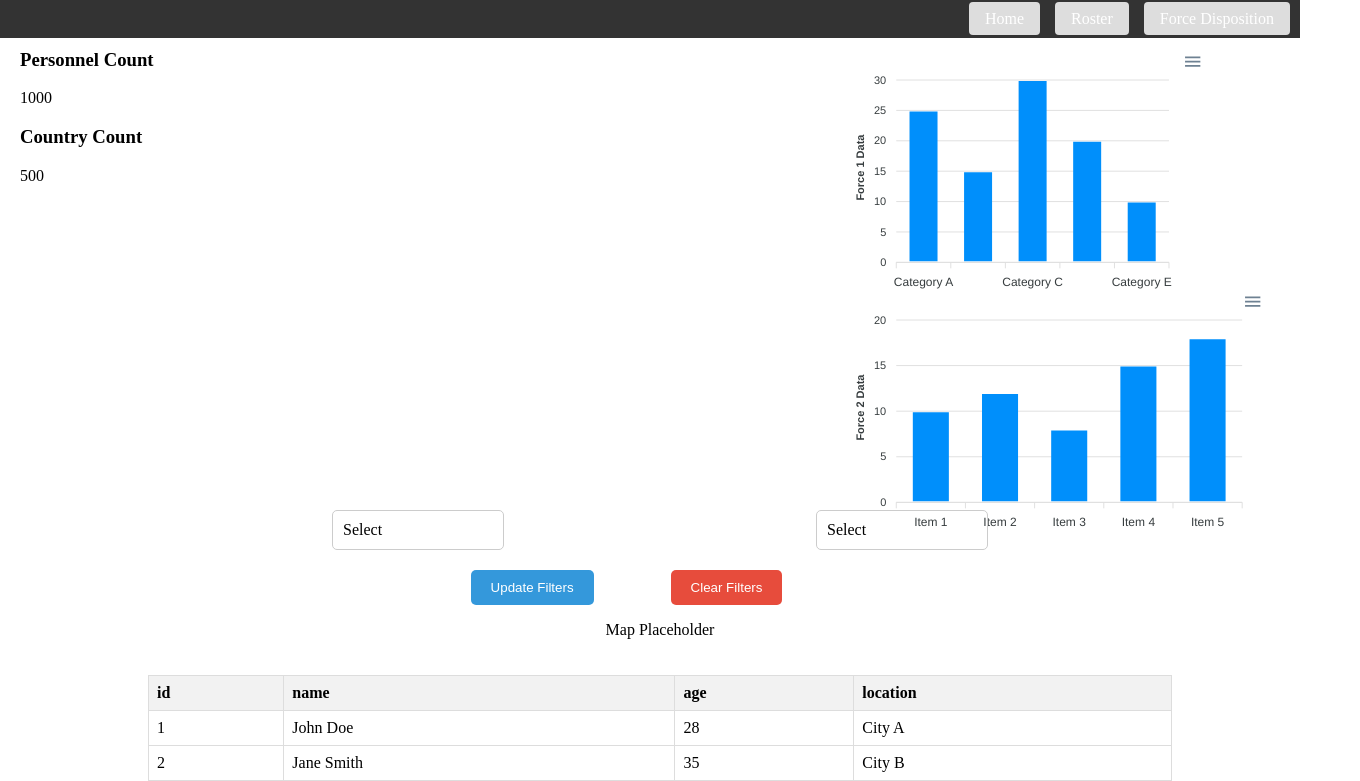
Repository: mjquesada/j2x_react
Page: /force
These files come from the project's save history. The page is drawn as it stood at one moment and after the next save; the edit follows.
The browser window is 1280 px wide. The page is 1350 px wide, then 1360 px, so the pictures cover 1360 px, including what lies to the right of the window. The pictures show the whole page.
The project was rebuilt for these pictures with package versions that can differ from the ones it lists, and the page was loaded fresh each time. Also part of the build but not shown: src/components/Box.js, src/components/Tile.js, src/components/Home.jsx, src/components/Roster.jsx.

Above is the page before, as saved 2024-03-12 13:16:39.

### src/index.css
html,
body {
  margin: 0;
  padding: 0;
  box-sizing: border-box;
}

.home-title,
.roster-title,
.force-title {
  text-align: center;
  margin: 5px;
}

.refresh-date {
  text-align: end;
}

/* Home Page */
.home-container {
  padding: 0px 20px;
}
/* Box information */
.box-container {
  display: flex;
  justify-content: center;
}

.box {
  border: 1px solid #ccc;
  padding: 15px;
  margin: 10px 50px;
  width: 300px;
  height: 200px;
  background-color: cyan;
}

.box h1 {
  margin-bottom: 10px;
}

.box div p {
  margin: 0; /* Remove default margin for <p> elements */
}

/* Tile Information */
.tile-container {
  display: flex;
  flex-wrap: wrap;
  width: 100%;
  justify-content: space-between;
}

.large-tile {
  border: 2px solid #ccc;
  padding: 5px;
  margin: 2px;
  width: calc(20% - 20px); /* Adjusted for five tiles */
  text-align: center;
  word-wrap: break-word;
  background-color: lightblue;
}

.small-tile {
  border: 1px solid #ccc;
  padding: 5px;
  margin: 2px;
  width: calc(14.28% - 20px); /* Adjusted for seven tiles */
  text-align: center;
  word-wrap: break-word;
  background-color: lightgreen;
}

.tile h3 {
  margin-bottom: 10px;
}

.tile-image {
  max-width: 50px;
  height: 60px;
  margin-bottom: 8px;
}

/* NavBar Information */
.navbar {
  display: flex;
  justify-content: flex-end;
  background-color: #333; /* Example background color */
  padding: 10px;
  position: fixed; /* Make the navbar fixed */
  top: 0; /* Position it at the top of the viewport */
  width: 100%; /* Ensure it spans the full width of the viewport */
  z-index: 1000; /* Ensure it stays on top of other content */
}

.navbar-links {
  display: flex;
  justify-content: flex-end;
  list-style: none;
  padding: 0;
  margin: 0;
  top: 0;
  width: 100%;
  position: sticky;
}

.navbar-links li {
  margin-left: 15px; /* Adds space between the links */
}

.navbar-links a {
  color: white;
  text-decoration: none;
  padding: 8px 16px;
  border-radius: 4px;
  background-color: #ddd; /* Example background color for links */
}

.navbar-links a:hover {
  background-color: #bbb; /* Example hover effect */
}

/* Bar Chart Information */
.roster-row {
  display: flex;
  justify-content: space-between; /* Adjust as needed */
  align-items: center;
  width: 100%; /* Ensure it takes the full width */
  padding: 0 1em; /* Add padding on the left and right */
}

.metric-display,
.bar-chart {
  flex: 1; /* Ensure they take up equal space */
  margin: 0 10px; /* Add space to the left and right of each component */
  height: 200px;
}

.metric-display {
  text-align: center;
  /* Additional styling */
}

.bar-chart {
  width: 100%; /* Ensure the chart takes up the full width */
  padding: 20px;
  /* Additional styling */
}

.metric-font-size {
  font-size: 28px;
}

/* Roster Filters */
.roster-container {
  display: flex;
  flex-direction: column;
  align-items: center;
  width: 100%;
}

.filter-row1 {
  display: grid;
  grid-template-columns: repeat(6, 1fr);
  grid-gap: 10px;
  margin: 0 1em; /* Add margin to both sides */
  margin-bottom: 20px;
  padding-top: 30px;
  width: 80%;
}

.filter-row2 {
  display: grid;
  grid-template-columns: repeat(6, 1fr);
  grid-gap: 10px;
  margin: 0 1em; /* Add margin to both sides */
  margin-bottom: 20px;
  padding-top: 5px;
  width: 80%;
}

.multi-select-filter {
  /* Style each filter as needed */
}

/* Dropdown styles */
.dropdown-container {
  position: relative;
  display: inline-block;
}

.dropdown-select {
  padding: 10px;
  border: 1px solid #ccc;
  border-radius: 5px;
  cursor: pointer;
  min-width: 150px;
}

.dropdown-options {
  position: absolute;
  top: 100%;
  left: 0;
  z-index: 1;
  background-color: #fff;
  border: 1px solid #ccc;
  border-top: none;
  border-radius: 0 0 5px 5px;
  box-shadow: 0px 2px 5px rgba(0, 0, 0, 0.1);
  max-height: 150px;
  overflow-y: auto;
}

.dropdown-option {
  padding: 8px;
  cursor: pointer;
  transition: background-color 0.3s;
}

.dropdown-option:hover {
  background-color: #f0f0f0;
}

/* Button Styles */
.custom-button {
  padding: 10px 20px;
  margin-right: 67px; /* Adjust margin to spread buttons apart */
  border: none;
  color: white;
  cursor: pointer;
  border-radius: 5px;
  transition: background-color 0.3s, box-shadow 0.3s;
}

.custom-button:hover {
  box-shadow: 0 0 10px rgba(0, 0, 0, 0.3); /* Add a subtle shadow on hover */
}

.custom-button.blue {
  background-color: #3498db; /* Blue color for 'Update Filters' */
}

.custom-button.red {
  background-color: #e74c3c; /* Red color for 'Clear Filters' */
}

.button-row {
  display: flex;
  justify-content: center; /* Center the buttons horizontally */
  gap: 10px; /* Adds space between the buttons */
  padding: 20px 0 0 0; /* Adds padding above and below the buttons */
}

/* Table Data */
.data-table {
  width: 100%;
  border-collapse: collapse;
  margin-top: 20px;
}

.data-table th,
.data-table td {
  border: 1px solid #ddd;
  padding: 8px;
  text-align: left;
}

.data-table th {
  background-color: #f2f2f2;
}

.data-table tr:hover {
  background-color: #f5f5f5;
}

.roster-table,
.force-container .roster-table {
  width: 80%;
  margin: 0 auto; /* Centers the table horizontally */
}

/* Force Page */
.force-container {
  width: 100%;
  padding-top: 30px; /* Adjust as needed */
  padding-left: 20px;
  padding-right: 20px;
}

.force-row {
  display: flex;
  justify-content: space-between;
}

.metrics-column,
.charts-row,
.dropdowns-row {
  display: flex;
  flex-direction: column;
}

.metrics-column {
  flex: 1; /* Takes up 1/4 of the row */
}

.charts-row,
.dropdowns-row {
  flex: 3; /* Takes up 3/4 of the row */
  flex-direction: row; /* Aligns items horizontally */
  justify-content: space-evenly; /* Spaces out the items */
}

/* Map Information */
.map-container {
  display: flex;
  justify-content: center;
  width: 100%;
  padding: 0;
}

### src/App.js
import React from 'react';
import { BrowserRouter as Router, Route, Routes } from 'react-router-dom';
import NavBar from './components/NavBar';
import Home from './components/Home';
import Roster from './components/Roster';
import Force from './components/Force';

const App = () => {
  return (
    <Router>
      <NavBar />
      <Routes>
        <Route path="/" element={<Home />} />
        <Route path="/roster" element={<Roster />} />
        <Route path="/force" element={<Force />} />
      </Routes>
    </Router>
  );
}

export default App;

### src/components/NavBar.js
import React from "react";
import { Link } from "react-router-dom";

const NavBar = () => {
  return (
    <nav className="navbar">
      <ul className="navbar-links">
        <li>
          <Link to="/">Home</Link>
        </li>
        <li>
          <Link to="/roster">Roster</Link>
        </li>
        <li>
          <Link to="/force">Force Disposition</Link>
        </li>
      </ul>
    </nav>
  );
};

export default NavBar;

### src/components/Force.jsx
import React from "react";
import MetricDisplay from "./MetricDisplay"; // Adjust the import path as necessary
import BarChart from "./BarChart"; // Adjust the import path as necessary
import Dropdown from "./Dropdown";
import Button from "./Button";
import Map from "./Map";
import Table from "./Table";

import {
  mapFilterOptions,
  placeholderTableData,
  forceBarChartData1,
  forceBarChartData2,
} from "../data";

const Force = () => {
  const metric1 = { title: "Personnel Count", value: "1000" };
  const metric2 = { title: "Country Count", value: "500" };

  const options = {
    scales: {
      x: {
        type: "category",
      },
      y: {
        type: "linear",
        beginAtZero: true,
      },
    },
  };

  const handleFilterChange = (selectedOptions) => {
    console.log(selectedOptions);
  };

  const columns = React.useMemo(
    () => [
      { Header: "Name", accessor: "name" },
      { Header: "Age", accessor: "age" },
      { Header: "Location", accessor: "location" },
      { Header: "Email", accessor: "email" },
      // ... more columns
    ],
    []
  );

  const handleUpdateFilters = () => {
    // Logic to update filters
    console.log("Update Filters clicked");
  };

  const handleClearFilters = () => {
    // Logic to clear filters
    console.log("Clear Filters clicked");
  };

  return (
    <div className="force-container">
      <div className="force-row">
        {/* Metrics */}
        <div className="metric-display-container">
          <MetricDisplay title={metric1.title} value={metric1.value} />
          <MetricDisplay title={metric2.title} value={metric2.value} />
        </div>

        {/* Bar Charts */}
        <div className="bar-chart-container">
          <BarChart
            series={forceBarChartData1.datasets}
            options={forceBarChartData1.options}
          />
          <BarChart
            series={forceBarChartData2.datasets}
            options={forceBarChartData2.options}
          />
        </div>
      </div>

      {/* Row 2 with Dropdowns */}
      <div className="force-row">
        <div className="dropdowns-row">
          {mapFilterOptions.slice(0, 5).map((option) => (
            <Dropdown
              key={option.id}
              options={[option]}
              label={option.label}
              onChange={handleFilterChange}
            />
          ))}
        </div>
      </div>

      {/* Buttons */}
      <div className="button-row">
        <Button
          label="Update Filters"
          onClick={handleUpdateFilters}
          color="blue"
        />
        <Button
          label="Clear Filters"
          onClick={handleClearFilters}
          color="red"
        />
      </div>

      {/* New Row for the Map */}
      <div className="map-container">
        <Map />
      </div>

      {/* Table */}
      <div className="roster-table">
        <Table columns={columns} data={placeholderTableData} />
      </div>
    </div>
  );
};

export default Force;

### src/data.js
import usasoc from "./images/USASOC.png";
import nsw from "./images/NSW.png";
import socom from "./images/SOCOM.png";
import marsoc from "./images/MARSOC.png";
import afsoc from "./images/AFSOC.png";
import soccent from "./images/SOCCENT.png";
import socsouth from "./images/SOCSOUTH.png";
import socnorth from "./images/SOCNORTH.png";
import socpac from "./images/SOCPAC.png";
import sockor from "./images/SOCKOR.png";
import soceur from "./images/SOCEUR.png";
import socaf from "./images/SOCAF.png";

export const boxData = [
  {
    id: 1,
    title: "Personnel Count",
    content: 1500,
  },
  {
    id: 2,
    title: "AoR Breakdown",
    content: [
      { label: "AFRICOM", value: 700 },
      { label: "EUCOM", value: 800 },
      { label: "SOCCOM", value: 900 },
    ],
  },
];

export const tileData = [
  {
    id: 1,
    title: "USASOC",
    imagePath: usasoc,
    description: "Description for Tile 1",
  },
  {
    id: 2,
    title: "NSW",
    imagePath: nsw,
    description: "Description for Tile 2",
  },
  {
    id: 3,
    title: "SOCOM",
    imagePath: socom,
    description: "Description for Tile 3",
  },
  {
    id: 4,
    title: "MARSOC",
    imagePath: marsoc,
    description: "Description for Tile 4",
  },
  {
    id: 5,
    title: "AFSOC",
    imagePath: afsoc,
    description: "Description for Tile 5",
  },
  {
    id: 6,
    title: "SOCCENT",
    imagePath: soccent,
    description: "Description for Tile 6",
  },
  {
    id: 7,
    title: "SOCSOUTH",
    imagePath: socsouth,
    description: "Description for Tile 7",
  },
  {
    id: 8,
    title: "SOCNORTH",
    imagePath: socnorth,
    description: "Description for Tile 8",
  },
  {
    id: 9,
    title: "SOCPAC",
    imagePath: socpac,
    description: "Description for Tile 9",
  },
  {
    id: 10,
    title: "SOCKOR",
    imagePath: sockor,
    description: "Description for Tile 10",
  },
  {
    id: 11,
    title: "SOCEUR",
    imagePath: soceur,
    description: "Description for Tile 11",
  },
  {
    id: 12,
    title: "SOCAF",
    imagePath: socaf,
    description: "Description for Tile 12",
  },
];

export const rosterFilterOptions = [
  { label: "Org", value: "value", id: 1 },
  { label: "Location", value: "value", id: 2 },
  { label: "Branch", value: "value", id: 3 },
  { label: "Group", value: "value", id: 4 },
  { label: "Type", value: "value", id: 5 },
  { label: "SOF", value: "value", id: 6 },
  { label: "AoR", value: "value", id: 7 },
  { label: "Deploy", value: "value", id: 8 },
  { label: "Service", value: "value", id: 9 },
  { label: "Country", value: "value", id: 10 },
  { label: "Waiver", value: "value", id: 11 },
  { label: "FTN", value: "value", id: 12 },
];

export const mapFilterOptions = [
  { label: "Option 1", value: "option1", id: 1 },
  { label: "Option 2", value: "option2", id: 2 },
  // Add more options as needed
];

// data.js
export const placeholderTableData = [
  { id: 1, name: "John Doe", age: 28, location: "City A" },
  { id: 2, name: "Jane Smith", age: 35, location: "City B" },
  // Add more data as needed
];

export const rosterBarChartData = {
  labels: ["January", "February", "March", "April", "May", "June"],
  datasets: [
    {
      label: "Sales",
      data: [12, 19, 3, 5, 2, 3],
      // Other dataset properties
    },
  ],
  options: {
    chart: {
      type: "bar",
    },
    plotOptions: {
      bar: {
        horizontal: false,
        columnWidth: "55%",
        endingShape: "rounded",
      },
    },
    dataLabels: {
      enabled: false,
    },
    stroke: {
      show: true,
      width: 2,
      colors: ["transparent"],
    },
    xaxis: {
      categories: ["January", "February", "March", "April", "May", "June"],
    },
    yaxis: {
      title: {
        text: "Sales",
      },
    },
    fill: {
      opacity: 1,
    },
  },
};

export const forceBarChartData1 = {
  labels: [
    "Category A",
    "Category B",
    "Category C",
    "Category D",
    "Category E",
  ],
  datasets: [
    {
      label: "Force 1 Data",
      data: [25, 15, 30, 20, 10],
      // Other dataset properties
    },
  ],
  options: {
    chart: {
      type: "bar",
    },
    plotOptions: {
      bar: {
        horizontal: false,
        columnWidth: "55%",
        endingShape: "rounded",
      },
    },
    dataLabels: {
      enabled: false,
    },
    stroke: {
      show: true,
      width: 2,
      colors: ["transparent"],
    },
    xaxis: {
      categories: [
        "Category A",
        "Category B",
        "Category C",
        "Category D",
        "Category E",
      ],
    },
    yaxis: {
      title: {
        text: "Force 1 Data",
      },
    },
    fill: {
      opacity: 1,
    },
  },
};

export const forceBarChartData2 = {
  labels: ["Item 1", "Item 2", "Item 3", "Item 4", "Item 5"],
  datasets: [
    {
      label: "Force 2 Data",
      data: [10, 12, 8, 15, 18],
      // Other dataset properties
    },
  ],
  options: {
    chart: {
      type: "bar",
    },
    plotOptions: {
      bar: {
        horizontal: false,
        columnWidth: "55%",
        endingShape: "rounded",
      },
    },
    dataLabels: {
      enabled: false,
    },
    stroke: {
      show: true,
      width: 2,
      colors: ["transparent"],
    },
    xaxis: {
      categories: ["Item 1", "Item 2", "Item 3", "Item 4", "Item 5"],
    },
    yaxis: {
      title: {
        text: "Force 2 Data",
      },
    },
    fill: {
      opacity: 1,
    },
  },
};

### src/components/MetricDisplay.js
import React from "react";

const MetricDisplay = ({ title, value }) => {
  return (
    <div className="metric-display-container">
      <h3 className="metric-title">{title}</h3>
      <p className="metric-value">{value}</p>
    </div>
  );
};

export default MetricDisplay;

### src/components/BarChart.js
import React from "react";
import ReactApexChart from "react-apexcharts";

const BarChart = ({ series, options }) => {
  return (
    <div className="bar-chart">
      <ReactApexChart
        options={options}
        series={series}
        type="bar"
        height={250}
      />
    </div>
  );
};

export default BarChart;

### src/components/Table.js
import React from "react";

const Table = ({ data }) => {
  // Changed from tableData to data
  return (
    <table className="data-table">
      <thead>
        <tr>
          {/* Map your table headers dynamically based on your data */}
          {Object.keys(data[0]).map((header) => (
            <th key={header}>{header}</th>
          ))}
        </tr>
      </thead>
      <tbody>
        {/* Map your table rows dynamically based on your data */}
        {data.map((row, index) => (
          <tr key={index}>
            {Object.values(row).map((value, idx) => (
              <td key={idx}>{value}</td>
            ))}
          </tr>
        ))}
      </tbody>
    </table>
  );
};

export default Table;

### src/components/Dropdown.js
import React, { useState } from 'react';

const Dropdown = ({ options, onChange }) => {
  const [selectedOption, setSelectedOption] = useState(null);
  const [isOpen, setIsOpen] = useState(false);

  const handleOptionClick = (option) => {
    setSelectedOption(option);
    setIsOpen(false);
    onChange(option);
  };

  return (
    <div className="dropdown-container">
      <div className="dropdown-select" onClick={() => setIsOpen(!isOpen)}>
        {selectedOption ? selectedOption.label : 'Select'}
      </div>
      {isOpen && (
        <div className="dropdown-options">
          {options.map((option) => (
            <div
              key={option.value}
              className="dropdown-option"
              onClick={() => handleOptionClick(option)}
            >
              {option.label}
            </div>
          ))}
        </div>
      )}
    </div>
  );
};

export default Dropdown;

### src/components/Button.js
import React from "react";

const Button = ({ label, color, onClick }) => {
  return (
    <button className={`custom-button ${color}`} onClick={onClick}>
      {label}
    </button>
  );
};

export default Button;

### src/components/Map.js
import React from 'react';

const Map = () => {
  // Your map-related logic goes here

  return (
    <div className="map-container">
      {/* Your map component or elements go here */}
      <p>Map Placeholder</p>
    </div>
  );
};

export default Map;

Loaded but not shown: public/index.html (common file); src/index.js (common file)

After the next save:
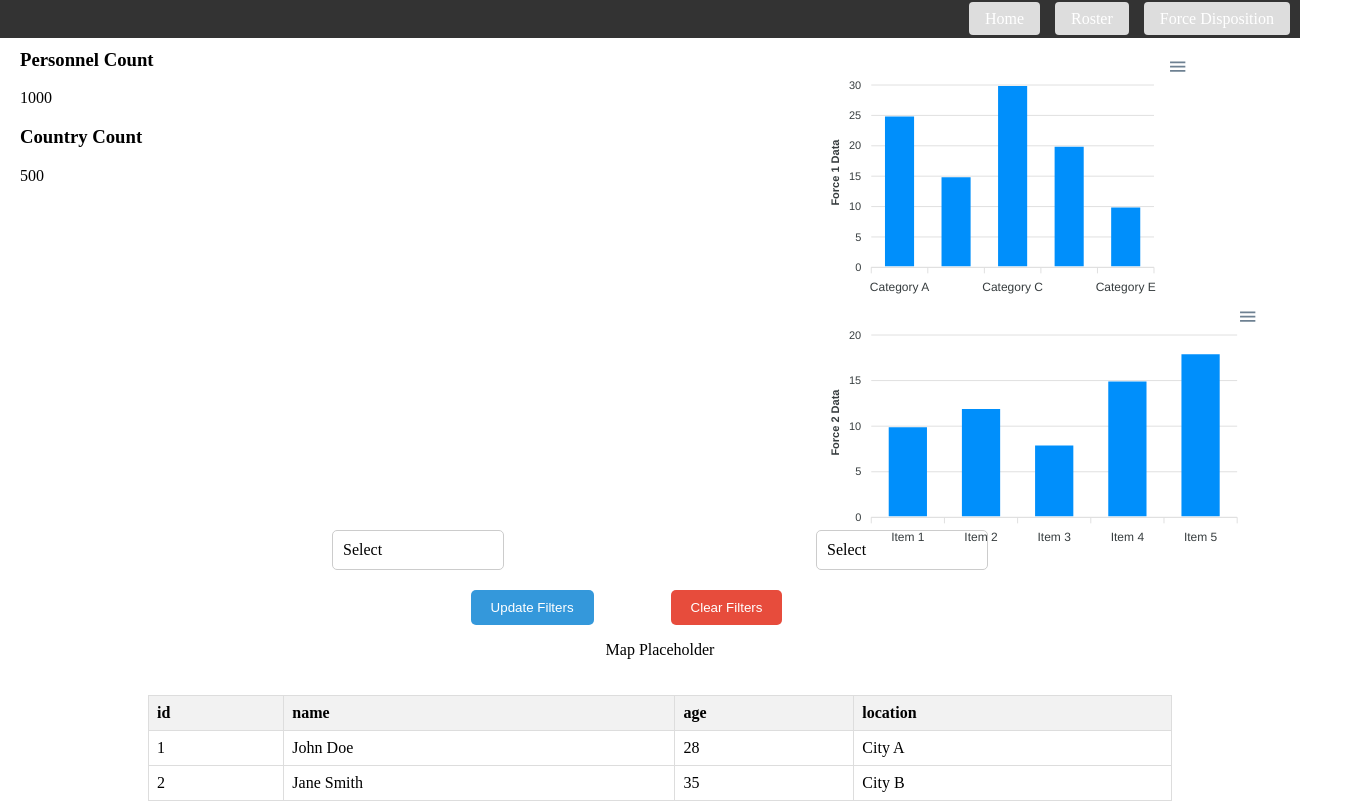
Saved 13 s later.
--- a/src/index.css
+++ b/src/index.css
@@ -143,7 +143,7 @@ body {
 
 .bar-chart {
   width: 100%; /* Ensure the chart takes up the full width */
-  padding: 20px;
+  padding: 25px;
   /* Additional styling */
 }
 
